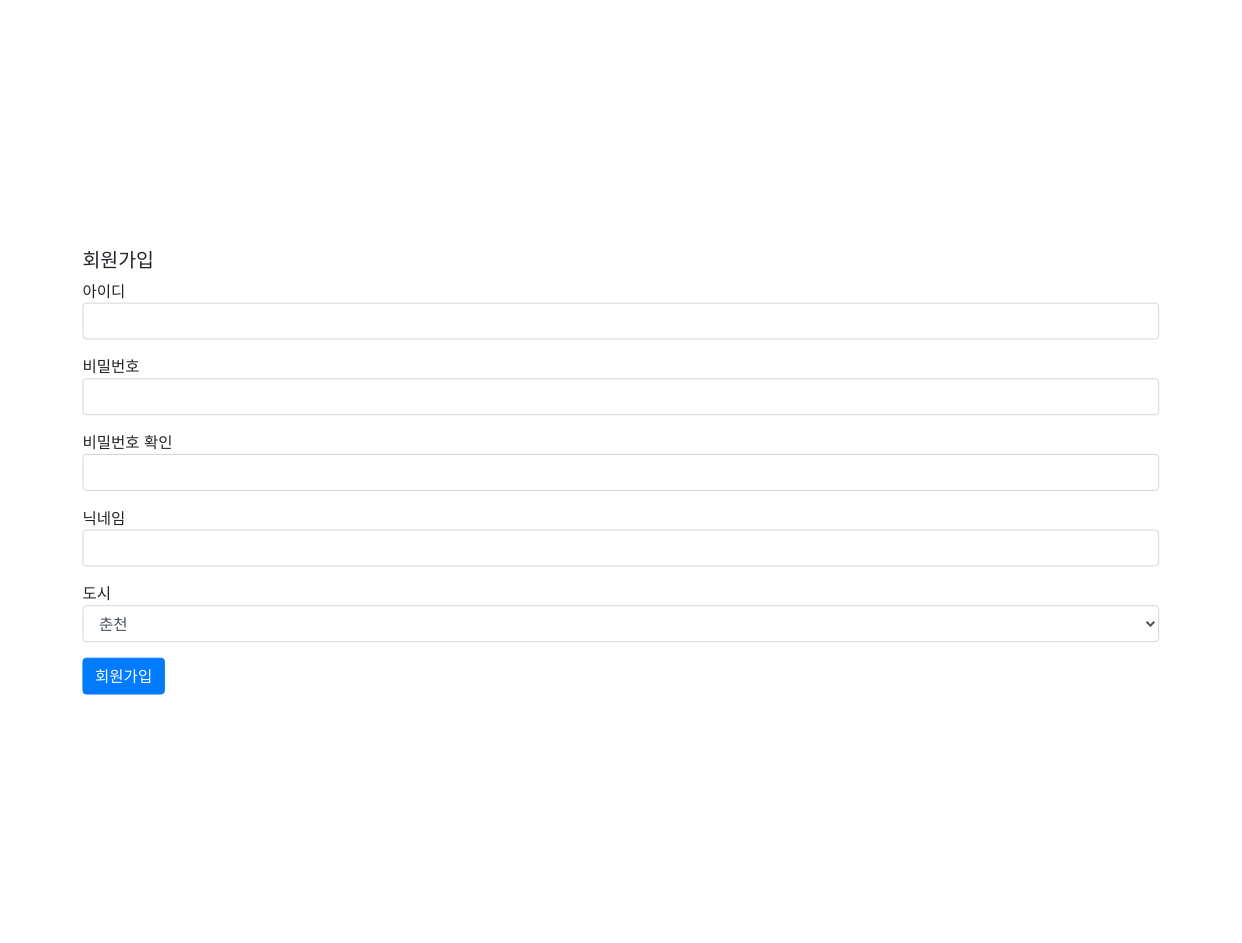
Repository: Seongjoo-Shin/webServer
Page: http://localhost/project/project/register.jsp
An editor plug-in stored every save of this project. The page is shown before and after the next save, followed by the edit.
The browser window is 1280 px wide. The pictures show the whole page, at 97% of full size.
The page is served by Tomcat 9. Other server files are loaded and not shown.

Above is the page before, as saved 2021-06-14 07:17:28.

### 20165514_신성주_웹서버구축_프로젝트_소스코드/project/WebContent/project/register.jsp
<%@ page language="java" contentType="text/html; charset=utf-8"
    pageEncoding="utf-8"%>
<!DOCTYPE html>
<html>
<head>
<meta charset="utf-8">
<title>회원가입</title>
<link rel="stylesheet" href="https://stackpath.bootstrapcdn.com/bootstrap/4.3.1/css/bootstrap.min.css" integrity="sha384-ggOyR0iXCbMQv3Xipma34MD+dH/1fQ784/j6cY/iJTQUOhcWr7x9JvoRxT2MZw1T" crossorigin="anonymous">
</head>
<body>
	<div class="container" style="margin:20% auto;">
	<h5>회원가입</h5>
		<form method="post" action="register_process.jsp">
			<p>아이디<input type="text" name="user_id" class="form-control"></p>
			<p>비밀번호<input type="password" name="user_pwd" class="form-control"></p>
			<p>비밀번호 확인<input type="password" name="user_pwd_check" class="form-control"></p>
			<p>닉네임<input type="text" name="user_nick" class="form-control"></p>
			<p>도시
				<select name="user_city" class="form-control">
					<option value="ChunCheon">춘천</option>
					<option value="Seoul">서울</option>
					<option value="Others">기타</option>
				</select>
			</p>
			<p><input type="submit" name="signin" value="회원가입" class="btn btn-primary"></p>
		</form>
	</div>

</body>
</html>

After the next save:
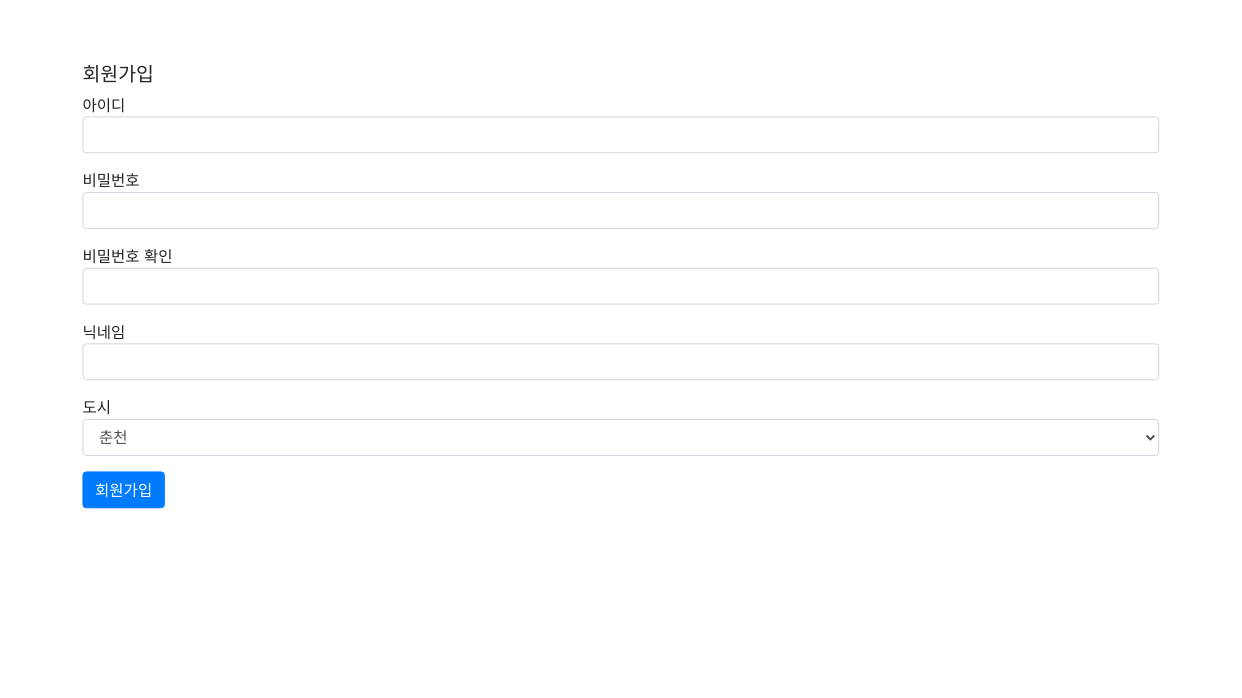
Saved 41 s later.
--- a/20165514_신성주_웹서버구축_프로젝트_소스코드/project/WebContent/project/register.jsp
+++ b/20165514_신성주_웹서버구축_프로젝트_소스코드/project/WebContent/project/register.jsp
@@ -8,7 +8,7 @@
 <link rel="stylesheet" href="https://stackpath.bootstrapcdn.com/bootstrap/4.3.1/css/bootstrap.min.css" integrity="sha384-ggOyR0iXCbMQv3Xipma34MD+dH/1fQ784/j6cY/iJTQUOhcWr7x9JvoRxT2MZw1T" crossorigin="anonymous">
 </head>
 <body>
-	<div class="container" style="margin:20% auto;">
+	<div class="container" style="margin:5% auto;">
 	<h5>회원가입</h5>
 		<form method="post" action="register_process.jsp">
 			<p>아이디<input type="text" name="user_id" class="form-control"></p>
